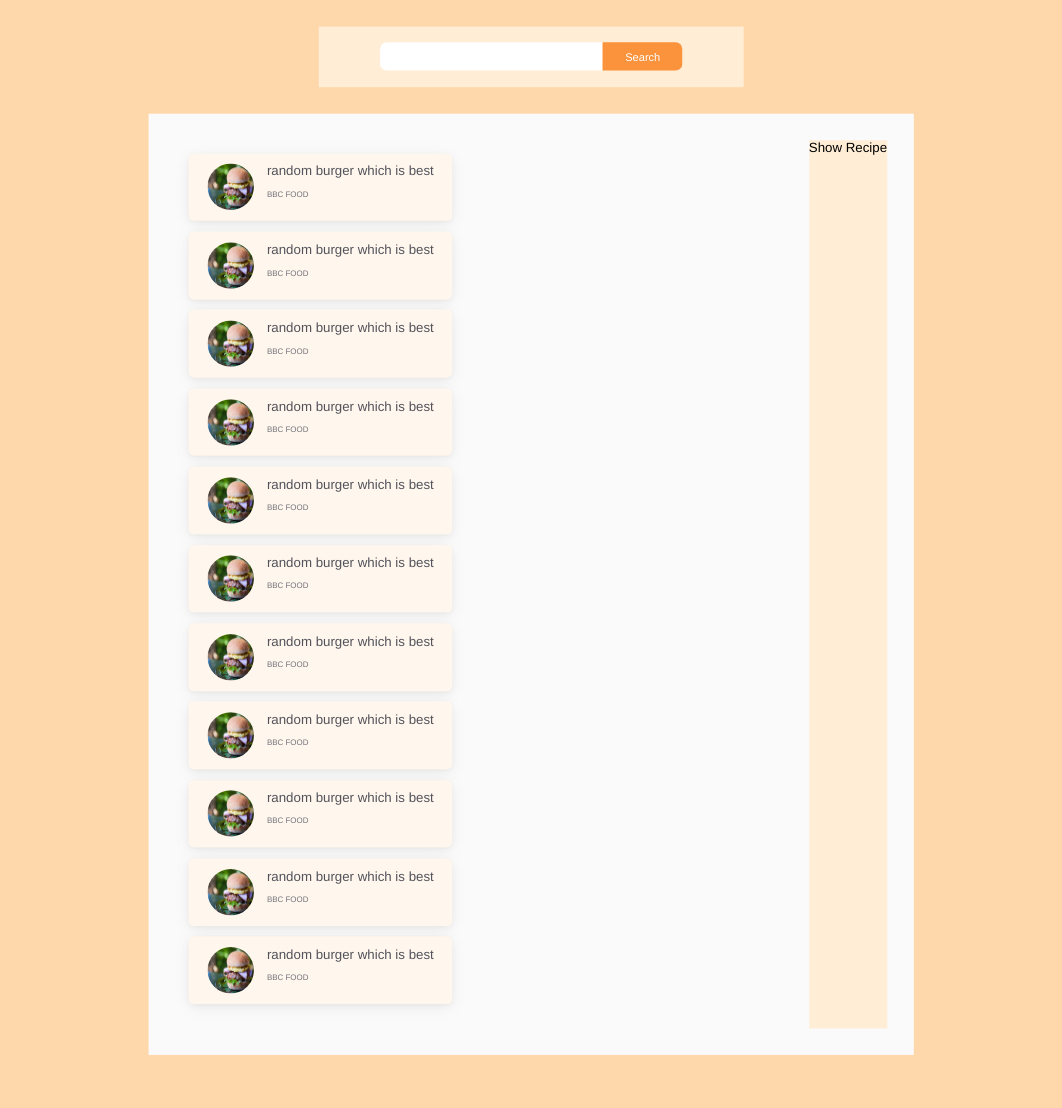
Repository: sandipkarmokar/recipeApp
Page: /
These files come from the project's save history. The page is drawn as it stood at one moment and after the next save; the edit follows.
The browser window is 1280 px wide. The pictures show the whole page, at 83% of full size.
The project was rebuilt for these pictures with package versions that can differ from the ones it lists, and the page was loaded fresh each time.

Above is the page before, as saved 2022-04-16 12:28:30.

### src/App.js
import { useState } from 'react';
import './App.css';
import SearchBar from './components/searchBar';
import ListView from './components/listView';
import RecipeShow from './components/recipeShow';

const App = () => {
    const [query, setQuery] = useState('');
    const [recipeList, setRecipeList] = useState([]);
    const [isLoading, setIsLoading] = useState(true);
    const [recipeId, setRecipeId] = useState('');

    const url = `https://forkify-api.herokuapp.com/api/search?q=${query}`;
    const recipeUrl = `https://forkify-api.herokuapp.com/api/get?rId=${recipeId}`;

    return (
        <div className="app">
            <div className="app-container">
                <SearchBar></SearchBar>
                <div className="recipe-modal">
                    <ListView></ListView>
                    <RecipeShow></RecipeShow>
                </div>
            </div>
        </div>
    );
};

export default App;

### src/App.css
* {
    margin: 0;
    padding: 0;
    box-sizing: border-box;
    font-family: Helvetica, sans-serif;
}

.app {
    height: 100%;
    width: 100vw;
    background-color: #fed7aa;
}

.app .app-container {
    margin: 0 auto;
    width: 80%;
    padding: 2rem 0;
    display: flex;
    justify-content: center;
    flex-direction: column;
}

.app .app-container .searchBar {
    width: 50%;
    background-color: #ffedd5;
    padding: 1.2rem 1rem;
    margin: 0 auto;
    width: 50%;
    display: flex;
    justify-content: center;
}
.app .app-container .searchBar .searchBar-container {
    width: 80%;
    margin: 0 auto;
    display: flex;
    justify-content: center;
}
.app .app-container .searchBar .searchBar-container input {
    width: 70%;
    padding: 0.4rem 1rem;
    border: none;
    border-radius: 0.5rem 0 0 0.5rem;
}

.app .app-container .searchBar .searchBar-container button {
    width: 25%;
    padding: 0.6rem 1rem;
    background-color: #fb923c;
    border: none;
    color: #fff;
    border-radius: 0 0.5rem 0.5rem 0;
}

.app .app-container .recipe-modal {
    width: 90%;
    background-color: #fafafa;
    margin: 2rem auto;
    display: flex;
    justify-content: space-between;
    padding: 2rem;
}

.app .app-container .recipe-modal .recipeList {
    padding: 1rem;
}

.app
    .app-container
    .recipe-modal
    .recipeList
    .recipeList-container
    .recipe-item {
    display: flex;
    background-color: #fff7ed;
    padding: 0.8rem 1.4rem;
    margin-bottom: 0.8rem;
    box-shadow: 0px 5px 24px rgba(0, 0, 0, 0.04),
        0px 3.24074px 14.0556px rgba(0, 0, 0, 0.0303704),
        0px 1.92593px 7.64444px rgba(0, 0, 0, 0.0242963),
        0px 1px 3.9px rgba(0, 0, 0, 0.02),
        0px 0.407407px 1.95556px rgba(0, 0, 0, 0.0157037),
        0px 0.0925926px 0.944444px rgba(0, 0, 0, 0.00962963);
    border-radius: 0.4rem;
}
.app
    .app-container
    .recipe-modal
    .recipeList
    .recipeList-container
    .recipe-item
    img {
    height: 56px;
    width: 56px;
    border-radius: 100%;
}
.app
    .app-container
    .recipe-modal
    .recipeList
    .recipeList-container
    .recipe-item
    .info {
    display: flex;
    flex-direction: column;
    margin-left: 1rem;
}
.app
    .app-container
    .recipe-modal
    .recipeList
    .recipeList-container
    .recipe-item
    .info
    .title {
    color: #52525b;
    font-size: 1rem;
}
.app
    .app-container
    .recipe-modal
    .recipeList
    .recipeList-container
    .recipe-item
    .info
    .publisher {
    color: #71717a;
    font-size: 0.6rem;
    margin-top: 0.8rem;
}

.app .app-container .recipe-modal .recipeShow {
    background-color: #ffedd5;
}

### src/components/searchBar.js
import React from 'react';

const SearchBar = () => {
    return (
        <div className="searchBar">
            <form className="searchBar-container">
                <input type="text" />
                <button type="submit">Search</button>
            </form>
        </div>
    );
};

export default SearchBar;

### src/components/listView.js
import React from 'react';
import data from './data';

const ListView = () => {
    return (
        <div className="recipeList">
            <div className="recipeList-container">
                {data.map((el) => {
                    console.log(data);
                    return (
                        <div className="recipe-item">
                            <img src={el.img} alt="" />
                            <div className="info">
                                <p className="title">{el.title}</p>
                                <p className="publisher">{el.publisher}</p>
                            </div>
                        </div>
                    );
                })}
            </div>
        </div>
    );
};

export default ListView;

### src/components/recipeShow.js
import React from 'react';

const RecipeShow = () => {
    return (
        <div className="recipeShow">
            <div className="recipeShow-container">
                <p>Show Recipe</p>
            </div>
        </div>
    );
};

export default RecipeShow;

### src/components/data.js
import image from '../components/food.jpg';

const data = [
    {
        id: 1,
        img: image,
        title: 'random burger which is best',
        publisher: 'BBC FOOD',
    },
    {
        id: 1,
        img: image,
        title: 'random burger which is best',
        publisher: 'BBC FOOD',
    },
    {
        id: 1,
        img: image,
        title: 'random burger which is best',
        publisher: 'BBC FOOD',
    },
    {
        id: 1,
        img: image,
        title: 'random burger which is best',
        publisher: 'BBC FOOD',
    },
    {
        id: 1,
        img: image,
        title: 'random burger which is best',
        publisher: 'BBC FOOD',
    },
    {
        id: 1,
        img: image,
        title: 'random burger which is best',
        publisher: 'BBC FOOD',
    },
    {
        id: 1,
        img: image,
        title: 'random burger which is best',
        publisher: 'BBC FOOD',
    },
    {
        id: 1,
        img: image,
        title: 'random burger which is best',
        publisher: 'BBC FOOD',
    },
    {
        id: 1,
        img: image,
        title: 'random burger which is best',
        publisher: 'BBC FOOD',
    },
    {
        id: 1,
        img: image,
        title: 'random burger which is best',
        publisher: 'BBC FOOD',
    },
    {
        id: 1,
        img: image,
        title: 'random burger which is best',
        publisher: 'BBC FOOD',
    },
];

export default data;

Loaded but not shown: public/index.html (common file); src/index.js (common file); src/index.css (common file); src/reportWebVitals.js (common file)

After the next save:
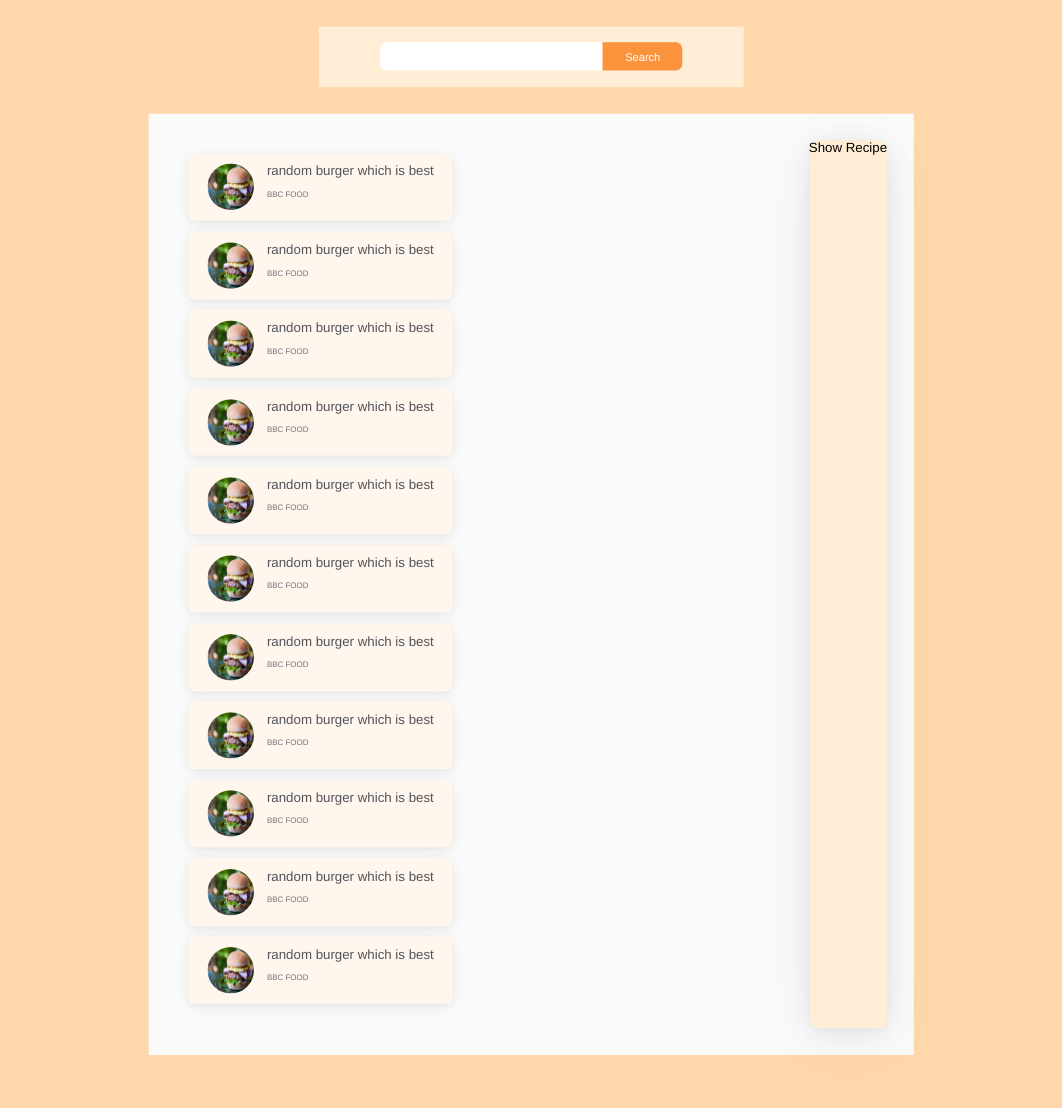
Saved 32 s later.
--- a/src/App.css
+++ b/src/App.css
@@ -130,4 +130,11 @@
 
 .app .app-container .recipe-modal .recipeShow {
     background-color: #ffedd5;
+    box-shadow: 0px 12px 80px rgba(0, 0, 0, 0.05),
+        0px 7.77778px 46.8519px rgba(0, 0, 0, 0.037963),
+        0px 4.62222px 25.4815px rgba(0, 0, 0, 0.0303704),
+        0px 2.4px 13px rgba(0, 0, 0, 0.025),
+        0px 0.977778px 6.51852px rgba(0, 0, 0, 0.0196296),
+        0px 0.222222px 3.14815px rgba(0, 0, 0, 0.012037);
+    border-radius: 12px;
 }
